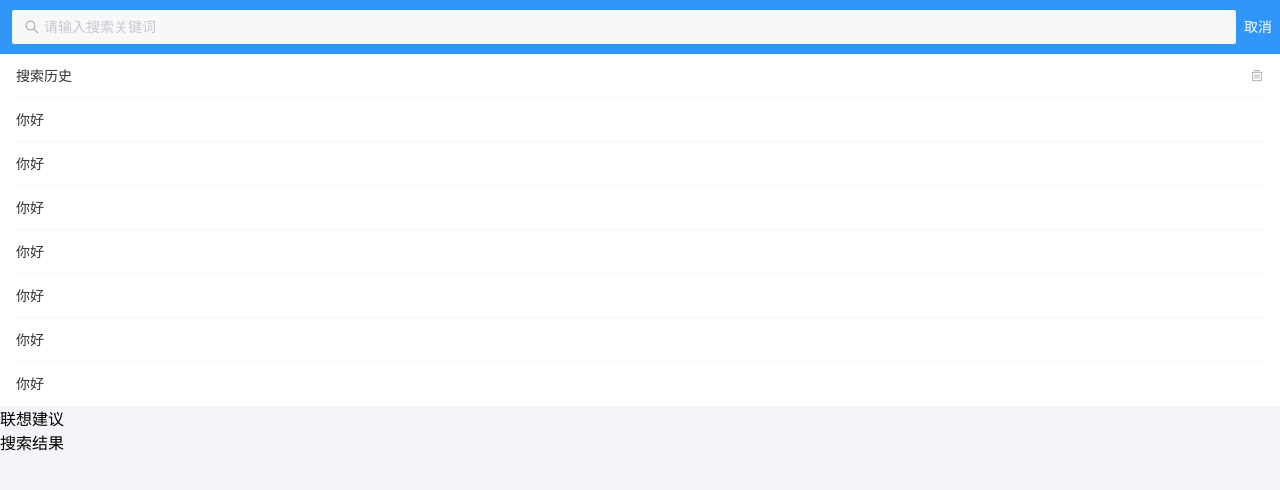
Repository: xn-lb/toutiao-mb
Page: /#/search
An editor plug-in stored every save of this project. The page is shown before and after the next save, followed by the edit.
The browser window is 1280 px wide. The pictures show the whole page.
The project was rebuilt for these pictures with package versions that can differ from the ones it lists, and the page was loaded fresh each time. Also part of the build but not shown: vue.config.js.

Above is the page before, as saved 2023-04-17 21:50:36.

After the next save:
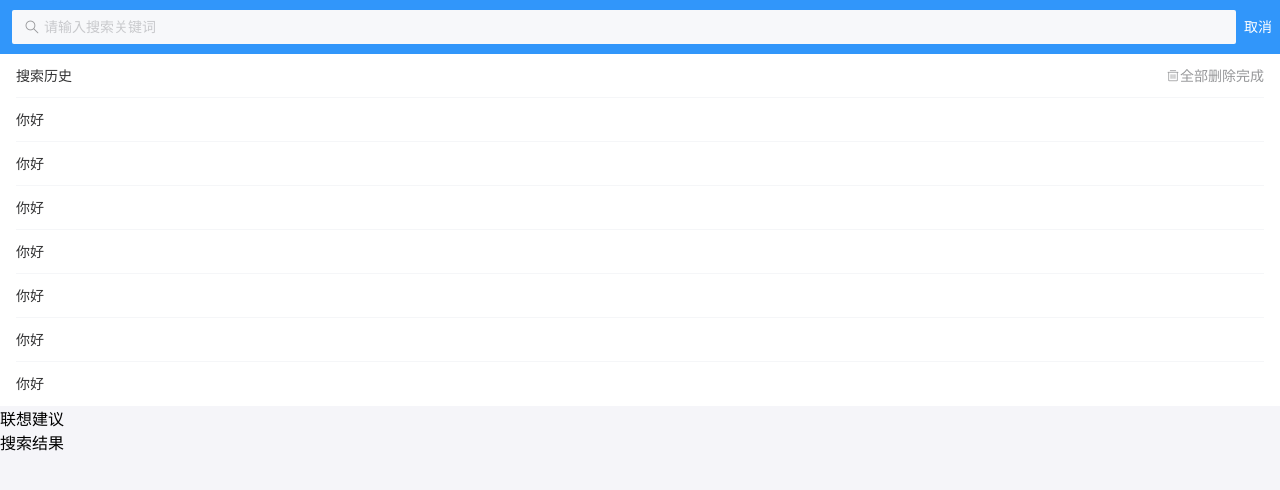
Saved 28 s later.
--- a/src/views/search/components/search-history.vue
+++ b/src/views/search/components/search-history.vue
@@ -2,6 +2,8 @@
   <div class="search-history">
     <van-cell title="搜索历史">
       <van-icon name="delete-o" />
+      <span>全部删除</span>
+      <span>完成</span>
     </van-cell>
     <van-cell title="你好"></van-cell>
     <van-cell title="你好"></van-cell>
